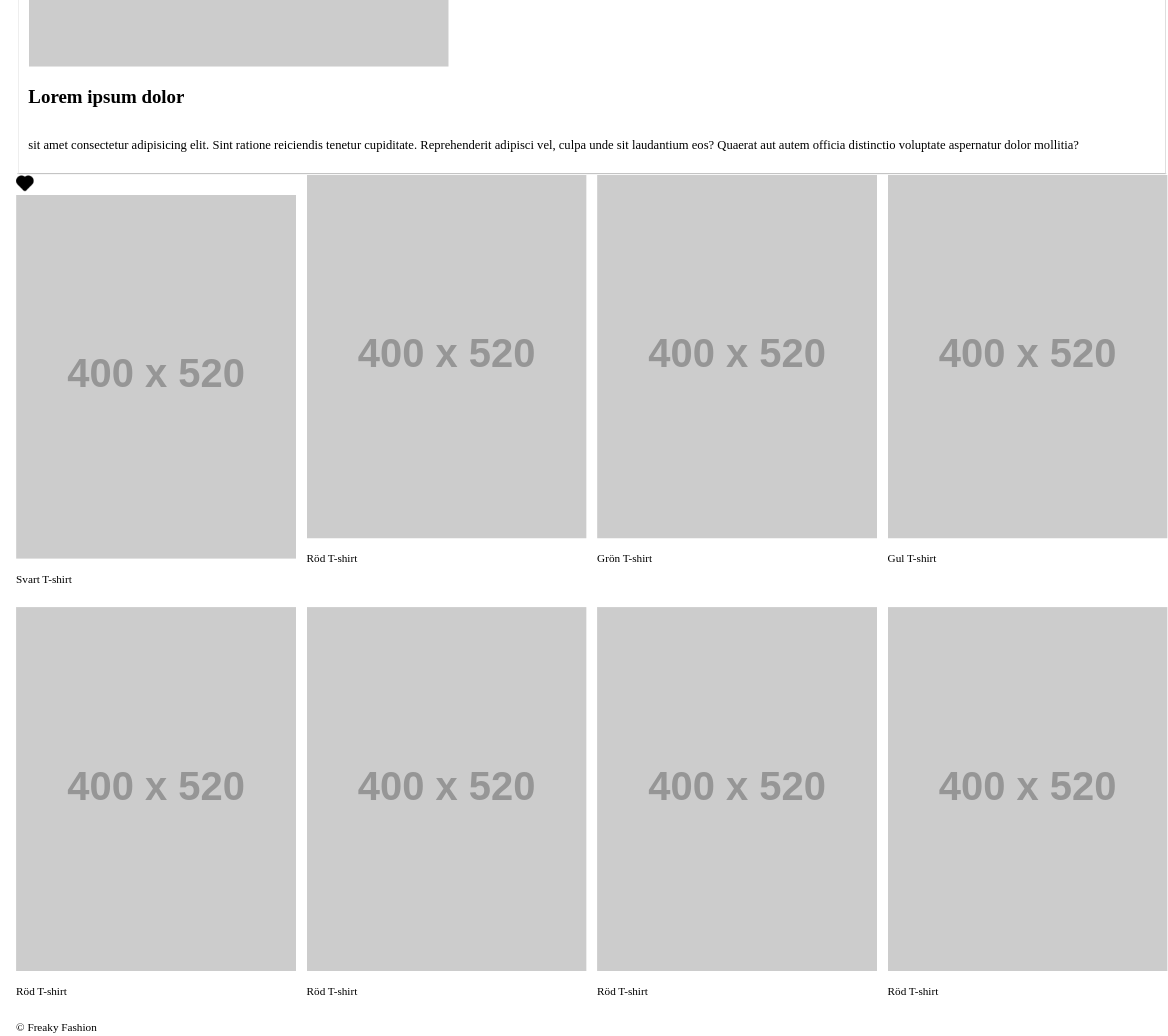
Repository: Kalle1995/project
Page: index.html
The author's editor kept a copy of each file at every save. The page is drawn from the files as they stood at one save, then again after the next save.
The browser window is 1280 px wide. The page is 1668 px wide, so the pictures cover 1668 px, including what lies to the right of the window. The pictures show the part of the page from y = 635 to 2115 px (the page is 2136 px tall before and 2107 px after), at 70% of full size.

Above is the page before, as saved 2024-10-05 21:02:30.

After the next save:
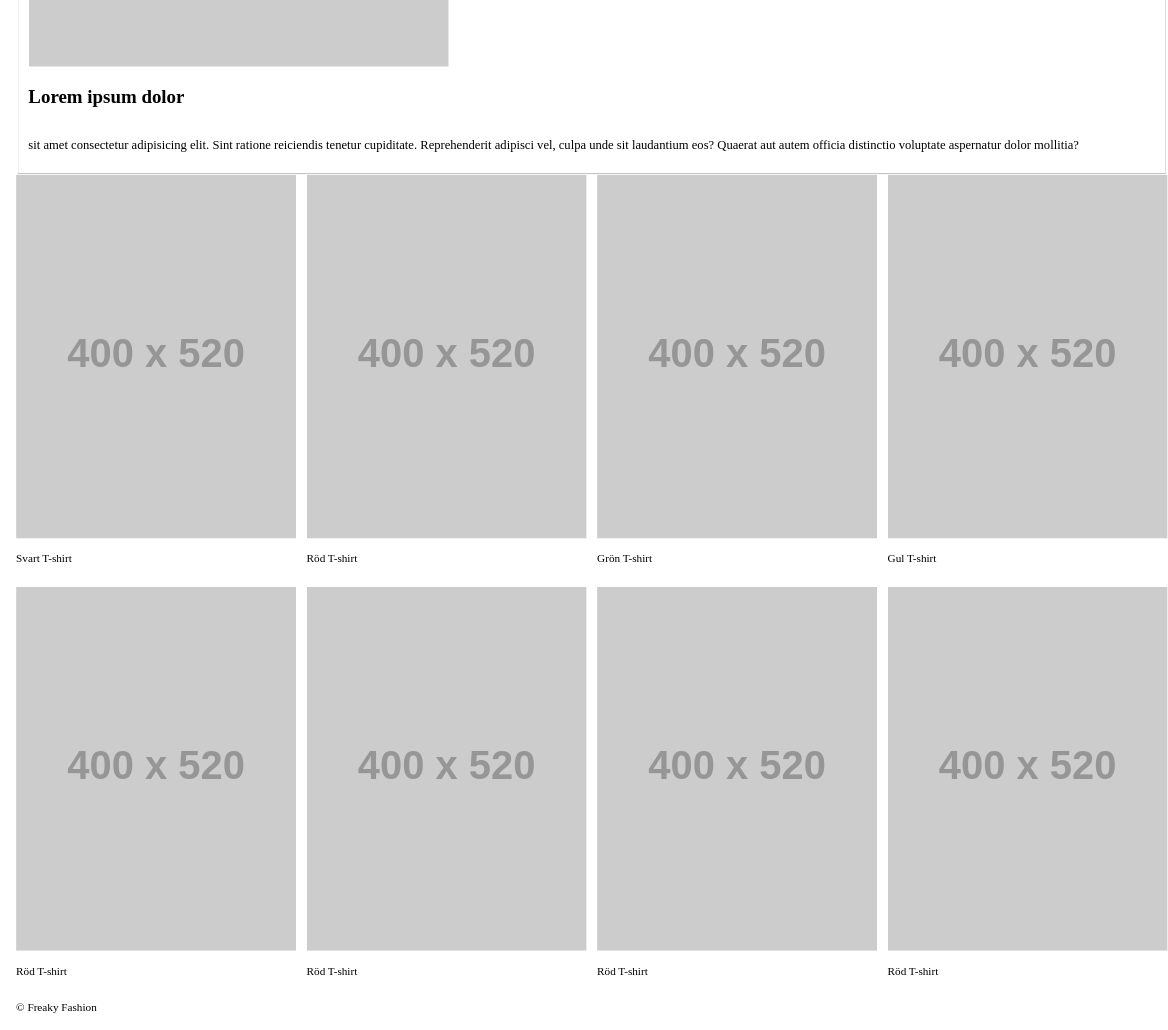
Saved 45 s later.
--- a/index.html
+++ b/index.html
@@ -63,7 +63,7 @@
       <div class="container">
         <!-- grid container -->
         <div>
-          <img src="bilder/full heart.png" alt="">
+          <!-- <img src="bilder/full heart.png" alt=""> -->
           <img src="https://placehold.co/400x520/png?text=Black+T-shirt" alt="Svart T-shirt" />
           <p>Svart T-shirt</p>
         </div>
